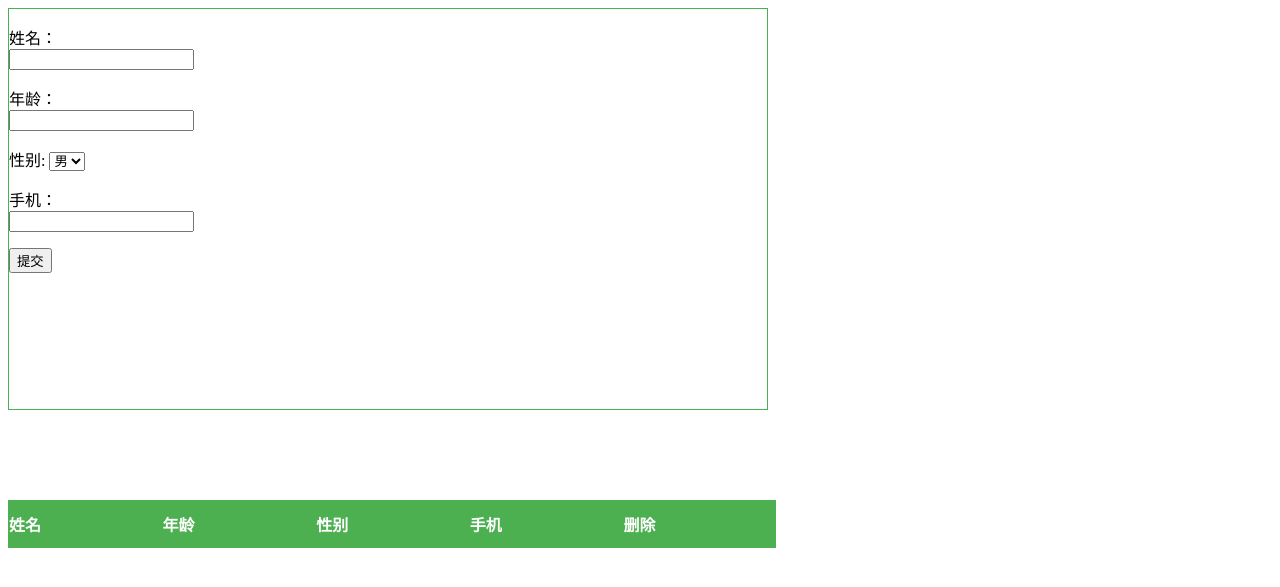
Repository: 1404413577/jsdemo
Page: small-demo/录入信息.html
An editor plug-in stored every save of this project. The page is shown before and after the next save, followed by the edit.
The browser window is 1280 px wide. The pictures show the whole page.

Above is the page before, as saved 2022-11-20 16:30:22.

### small-demo/录入信息.html
<!DOCTYPE html>
<html lang="en">

<head>
    <meta charset="UTF-8">
    <meta http-equiv="X-UA-Compatible" content="IE=edge">
    <meta name="viewport" content="width=device-width, initial-scale=1.0">
    <title>Document</title>
    <style>
        .customers {
            font-family: Arial, Helvetica, sans-serif;
            border-collapse: collapse;
            width: 60%;
            position: absolute;
            top: 500px
        }

        .customers td,
        #customers th {
            border: 1px solid #ddd;
            padding: 8px;
        }

        .customers tr:nth-child(even) {
            background-color: #f2f2f2;
        }

        .customers tr:hover {
            background-color: #ddd;
        }

        .customers th {
            padding-top: 12px;
            padding-bottom: 12px;
            text-align: left;
            background-color: #4CAF50;
            color: white;
        }

        .main {
            width: 60%;
            height: 400px;
            border: 1px solid #4CAF50;
        }

        .main input {
            display: block;
        }
    </style>
</head>

<body>
    <div class="main">
        <p><span>姓名：</span>
            <input type="text" class="name" id="name">
        </p>
        <p><span>年龄：</span>
            <input type="text" class="age" id="age">
        </p>
        <p><span>性别:</span>
            <select name="gender" id="gender">
                <option value="男">男</option>
                <option value="女">女</option>
            </select>
        </p>
        <p><span>手机：</span>
            <input type="text" class="phone" id="phone">
        </p>
        <p>
            <button type="submit" id="btn">提交</button>

        </p>


    </div>

    <table class="customers">
        <tr>
            <th>姓名</th>
            <th>年龄</th>
            <th>性别</th>
            <th>手机</th>
            <th>删除</th>
        </tr>
        <tr id="customers">

        </tr>
    </table>
</body>
<script>

    let gender = document.getElementById("gender");
    let input = document.getElementsByTagName("input");
    let btn = document.getElementById("btn");
    let customers = document.getElementById("customers")
    let staus = [];
    btn.onclick = function () {
        let obj = { name: input[0].value, age: input[1].value, gender: gender.value, phone: input[2].value }
        staus.push(obj)
        console.log(staus)
        let tr = '';
        staus.forEach((item,index) => {
            tr +=`
            <tr>${item.name}</tr>
            <tr>${item.age}</tr>
            <tr>${item.gender}</tr>
            <tr>${item.phone}</tr>
            <tr>删除</tr>
            `
        });

        customers.innerHTML = tr
    }




</script>

</html>

After the next save:
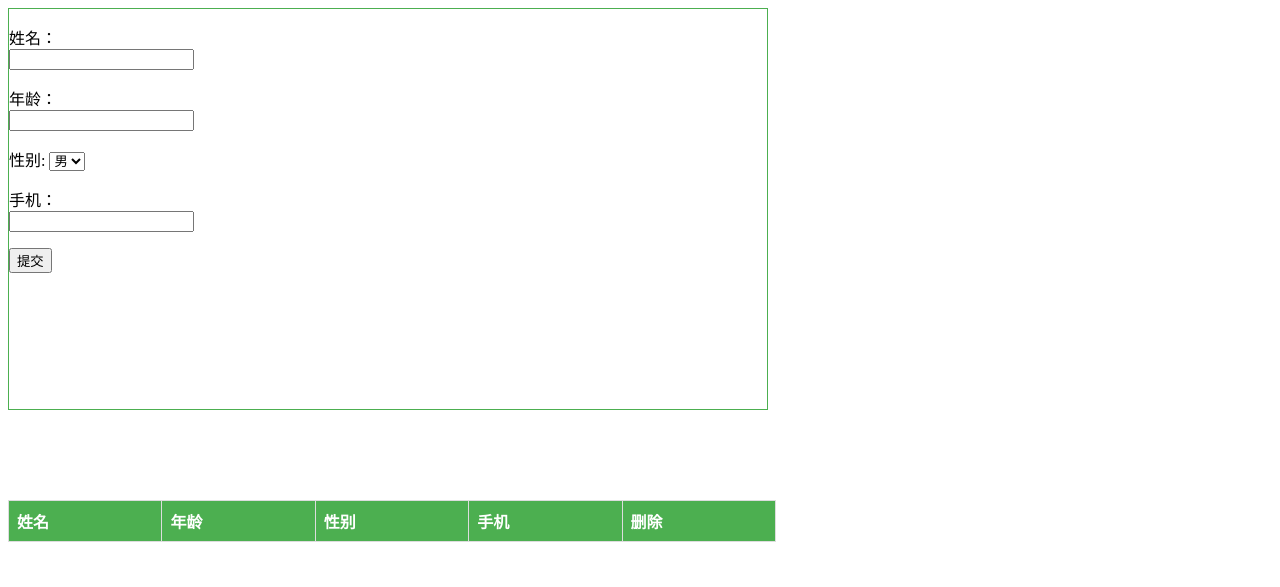
Saved 98 s later.
--- a/small-demo/录入信息.html
+++ b/small-demo/录入信息.html
@@ -46,6 +46,11 @@
         .main input {
             display: block;
         }
+        .cus{
+
+        }
+
+
     </style>
 </head>
 
@@ -74,7 +79,7 @@
 
     </div>
 
-    <table class="customers">
+    <table class="customers" id="customers">
         <tr>
             <th>姓名</th>
             <th>年龄</th>
@@ -82,7 +87,7 @@
             <th>手机</th>
             <th>删除</th>
         </tr>
-        <tr id="customers">
+        <tr  class="cus">
 
         </tr>
     </table>

After the save that followed:
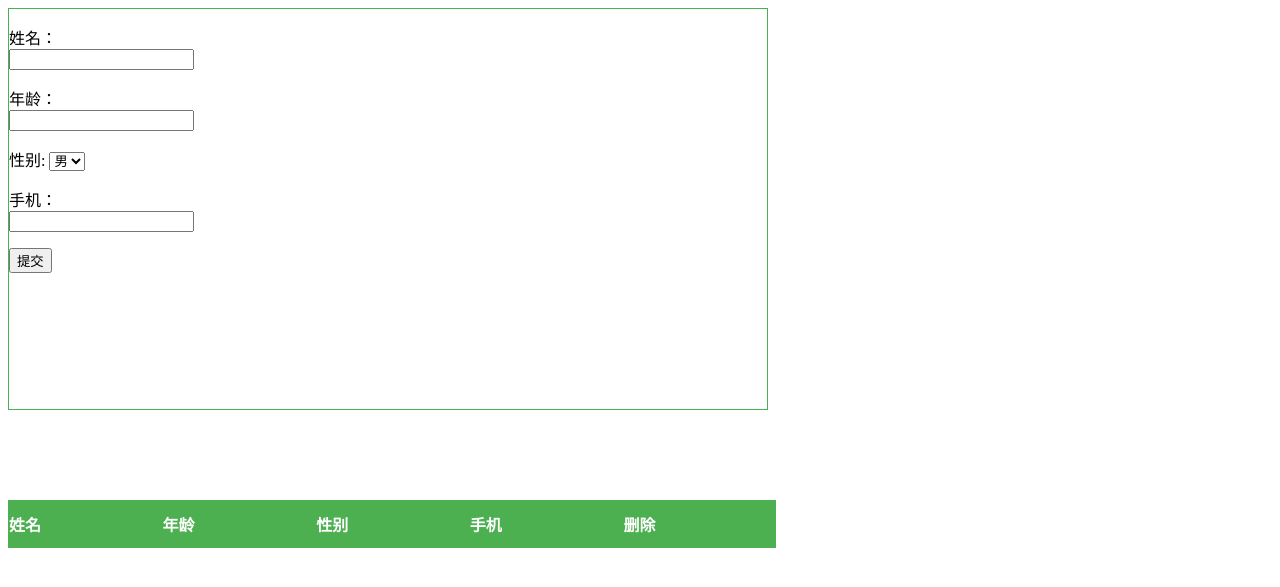
Saved 26 s later.
--- a/small-demo/录入信息.html
+++ b/small-demo/录入信息.html
@@ -47,7 +47,7 @@
             display: block;
         }
         .cus{
-
+            width: 100px;
         }
 
 
@@ -79,7 +79,7 @@
 
     </div>
 
-    <table class="customers" id="customers">
+    <table class="customers">
         <tr>
             <th>姓名</th>
             <th>年龄</th>
@@ -87,7 +87,7 @@
             <th>手机</th>
             <th>删除</th>
         </tr>
-        <tr  class="cus">
+        <tr id="customers" class="cus">
 
         </tr>
     </table>
